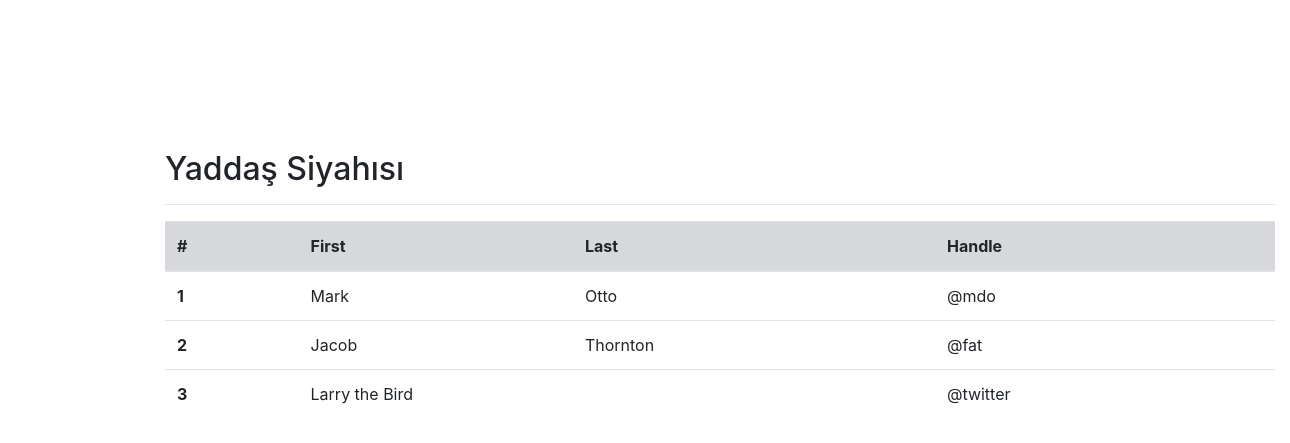
Repository: elvinyeka/ToDoApp
Page: http://localhost/
The author's editor kept a copy of each file at every save. The page is drawn from the files as they stood at one save, then again after the next save.
The browser window is 1280 px wide. The page is 1290 px wide, so the pictures cover 1290 px, including what lies to the right of the window. The pictures show the whole page.
Some web libraries are served in a nearby version. The page is served by the project's application, run on Flask 3 (todo.py).

Above is the page before, as saved 2020-09-27 19:49:23.

### templates/index.html
<!DOCTYPE html>
<html lang="en">

<head>
    <meta charset="UTF-8">
    <meta name="viewport" content="width=device-width, initial-scale=1.0">
    <link rel="stylesheet" href="https://maxcdn.bootstrapcdn.com/bootstrap/4.0.0/css/bootstrap.min.css" integrity="sha384-Gn5384xqQ1aoWXA+058RXPxPg6fy4IWvTNh0E263XmFcJlSAwiGgFAW/dAiS6JXm" crossorigin="anonymous">
    <title>ToDoApp</title>
</head>

<body>
    <div style="margin: 150px;" class="container">
        <h2>Yaddaş Siyahısı</h2>
        <hr>
        <table class="table table-hover">
            <thead class="table-secondary">
                <tr>
                    <th scope="col">#</th>
                    <th scope="col">First</th>
                    <th scope="col">Last</th>
                    <th scope="col">Handle</th>
                </tr>
            </thead>
            <tbody>
                <tr>
                    <th scope="row">1</th>
                    <td>Mark</td>
                    <td>Otto</td>
                    <td>@mdo</td>
                </tr>
                <tr>
                    <th scope="row">2</th>
                    <td>Jacob</td>
                    <td>Thornton</td>
                    <td>@fat</td>
                </tr>
                <tr>
                    <th scope="row">3</th>
                    <td colspan="2">Larry the Bird</td>
                    <td>@twitter</td>
                </tr>
            </tbody>
        </table>
    </div>


    <script src="https://code.jquery.com/jquery-3.2.1.slim.min.js" integrity="sha384-KJ3o2DKtIkvYIK3UENzmM7KCkRr/rE9/Qpg6aAZGJwFDMVNA/GpGFF93hXpG5KkN" crossorigin="anonymous"></script>
    <script src="https://cdnjs.cloudflare.com/ajax/libs/popper.js/1.12.9/umd/popper.min.js" integrity="sha384-ApNbgh9B+Y1QKtv3Rn7W3mgPxhU9K/ScQsAP7hUibX39j7fakFPskvXusvfa0b4Q" crossorigin="anonymous"></script>
    <script src="https://maxcdn.bootstrapcdn.com/bootstrap/4.0.0/js/bootstrap.min.js" integrity="sha384-JZR6Spejh4U02d8jOt6vLEHfe/JQGiRRSQQxSfFWpi1MquVdAyjUar5+76PVCmYl" crossorigin="anonymous"></script>
</body>

</html>

### todo.py
from flask import Flask,render_template
from flask_sqlalchemy import SQLAlchemy

app = Flask(__name__)
app.config['SQLALCHEMY_DATABASE_URI'] = 'sqlite:////Users/Elvin/Desktop/ToDoApp/todo.db'
db = SQLAlchemy(app)

@app.route("/")
def index():
    return render_template("index.html")

class Todo(db.Model):

    id = db.Column(db.Integer,primary_key=True)
    title = db.Column(db.String(80))
    content = db.Column(db.Text)
    complete = db.Column(db.Boolean)


if __name__ == "__main__":
    app.run(debug=True)

After the next save:
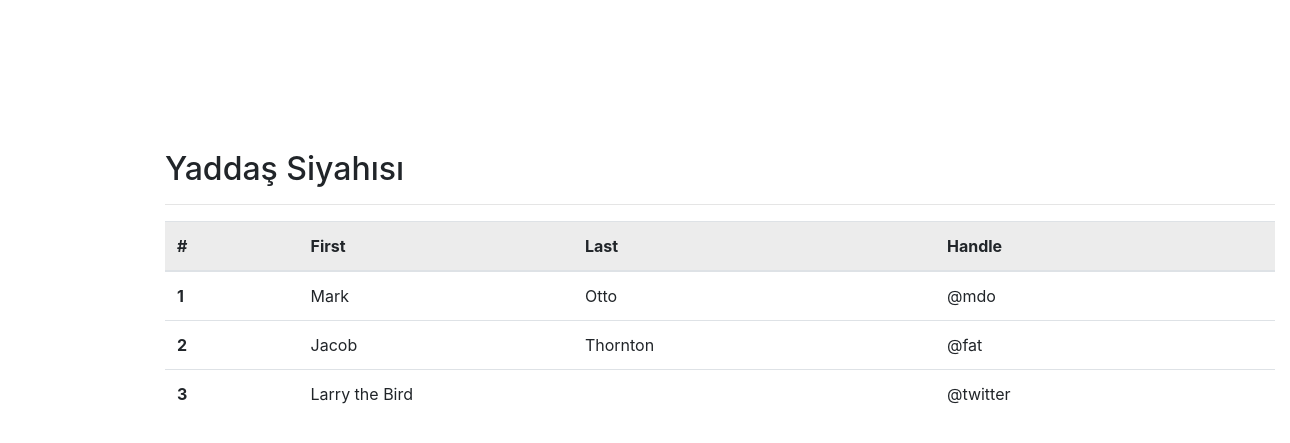
Saved 44 s later.
--- a/templates/index.html
+++ b/templates/index.html
@@ -13,7 +13,7 @@
         <h2>Yaddaş Siyahısı</h2>
         <hr>
         <table class="table table-hover">
-            <thead class="table-secondary">
+            <thead class="table-active">
                 <tr>
                     <th scope="col">#</th>
                     <th scope="col">First</th>
